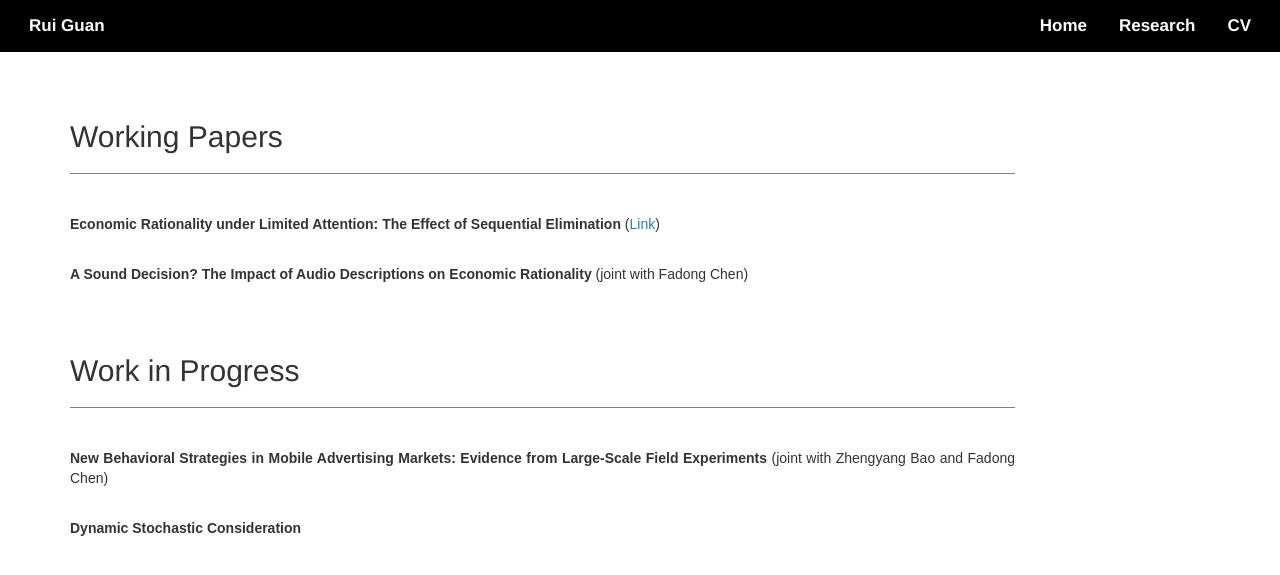
Repository: rui-guan/rui-guan.github.io
Page: research.html
These files come from the project's save history. The page is drawn as it stood at one moment and after the next save; the edit follows.
The browser window is 1280 px wide. The pictures show the whole page.

Above is the page before, as saved 2024-04-28 15:53:02.

After the next save:
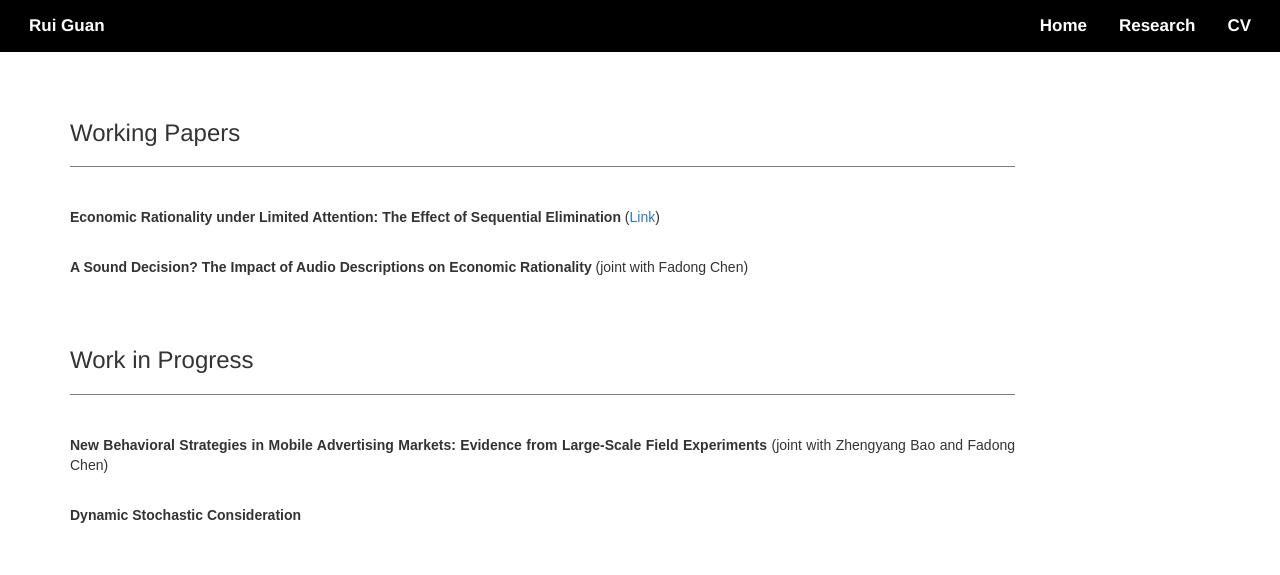
Saved 2 min 37 s later.
--- a/research.html
+++ b/research.html
@@ -81,7 +81,7 @@
 
         <div class="row">
             <div class="col-md-10" style="height">
-                <h2 id="slides">Working Papers</h2>
+                <h3 id="slides">Working Papers</h3>
                 <hr style="height:1px;border-width:0;color:gray;background-color:gray">
                 <br>
                 <p>
@@ -93,7 +93,7 @@
                 </p>
                 <br>
                 <br>
-                <h2 id="slides">Work in Progress</h2>
+                <h3 id="slides">Work in Progress</h3>
                 <hr style="height:1px;border-width:0;color:gray;background-color:gray">
                 <br>
                 <p>
